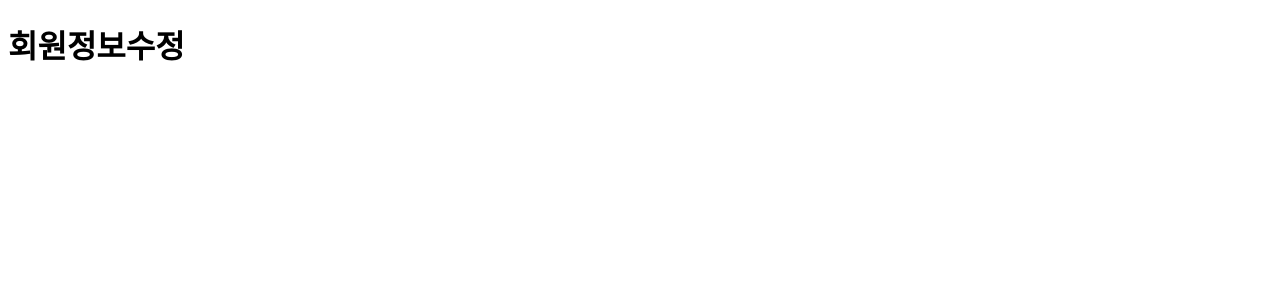
Repository: bbookk1104/spring-workspace
Page: http://localhost/02_SpringMVC_CRUD/mypage.do
The author's editor kept a copy of each file at every save. The page is drawn from the files as they stood at one save, then again after the next save.
The browser window is 1280 px wide. The pictures show the whole page.
The page is served by Tomcat 9.

Above is the page before, as saved 2022-09-30 06:05:44.

After the next save:
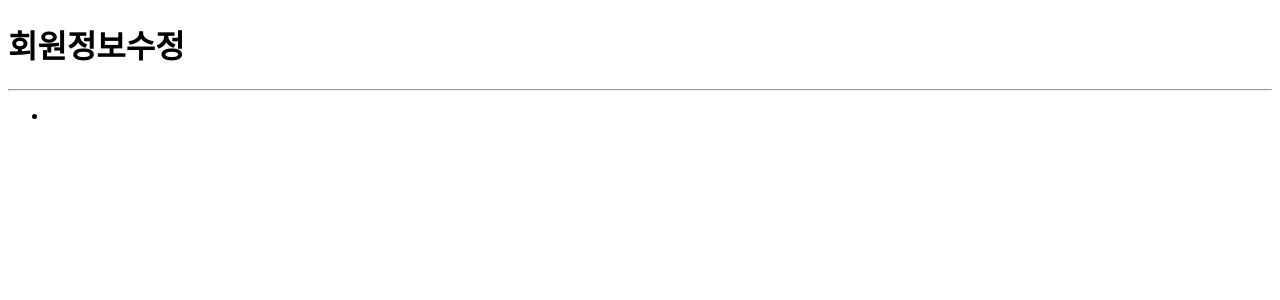
Saved 87 s later.
--- a/02_SpringMVC_CRUD/src/main/webapp/WEB-INF/views/member/mypage.jsp
+++ b/02_SpringMVC_CRUD/src/main/webapp/WEB-INF/views/member/mypage.jsp
@@ -8,5 +8,11 @@
 </head>
 <body>
 	<h1>회원정보수정</h1>
+	<hr>
+	<form action="/update.do" method="post">
+		<ul>
+			<li></li>
+		</ul>
+	</form>
 </body>
 </html>
